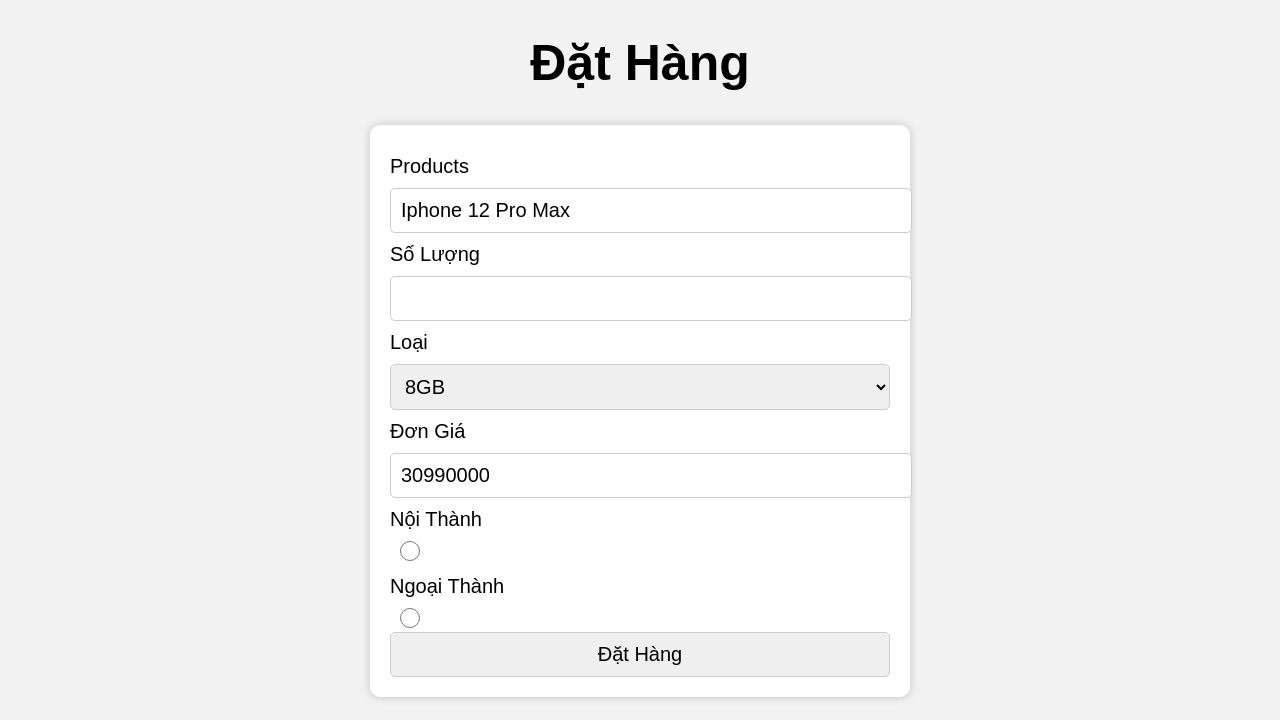
Repository: hisu87/WEB1043-JS
Page: Lab-Done-JS/Lab-7/html/Oder.html
These files come from the project's save history. The page is drawn as it stood at one moment and after the next save; the edit follows.
The browser window is 1280 px wide. The pictures show the whole page.

Above is the page before, as saved 2023-04-08 13:39:28.

### Lab-Done-JS/Lab-7/html/Oder.html
<!DOCTYPE html>
<html lang="en">

<head>
    <meta charset="UTF-8">
    <meta http-equiv="X-UA-Compatible" content="IE=edge">
    <meta name="viewport" content="width=device-width, initial-scale=1.0">
    <title>Oder</title>
    <style>
        body {
            background-color: #f2f2f2;
        }

        h1 {
            text-align: center;
            color: #000;
            font-size: 50px;
            font-family: Arial, Helvetica, sans-serif;
        }

        form {
            width: 500px;
            margin: 0 auto;
            background-color: #fff;
            padding: 20px;
            border-radius: 10px;
            box-shadow: 0 0 10px 0 rgba(0, 0, 0, 0.2);
        }

        label {
            display: block;
            margin: 10px 0;
            font-size: 20px;
            font-family: Arial, Helvetica, sans-serif;
        }

        input {
            width: 100%;
            padding: 10px;
            border: 1px solid #ccc;
            border-radius: 5px;
            font-size: 20px;
            font-family: Arial, Helvetica, sans-serif;
        }

        button {
            width: 100%;
            padding: 10px;
            border: 1px solid #ccc;
            border-radius: 5px;
            font-size: 20px;
            font-family: Arial, Helvetica, sans-serif;
            background-color: #fff;
            cursor: pointer;
        }

        button:hover {
            background-color: #ccc;
        }

        select {
            width: 100%;
            padding: 10px;
            border: 1px solid #ccc;
            border-radius: 5px;
            font-size: 20px;
            font-family: Arial, Helvetica, sans-serif;
        }

        input[type="radio" i] {
            width: 20px;
            height: 20px;
            margin: 0 10px;
            display: inline-block;
        }
    </style>
</head>

<body>
    <h1>Đặt Hàng</h1>
    <form action="#" onsubmit="return check()">
        <label for="products">Products</label>
        <input type="text" name="products" id="products" value="Iphone 12 Pro Max">
        <label for="qty">Số Lượng</label>
        <input type="number" name="qty" id="qty">
        <label for="loai">Loại</label>
        <select name="ram" id="ram">
            <option value="1">8GB</option>
            <option value="2">16GB</option>
            <option value="3">32GB</option>
            <option value="4">64GB</option>
        </select>
        <label for="price">Đơn Giá</label>
        <input type="text" name="price" id="price" value="30990000">
        <label for="dia_chi">Nội Thành</label>
        <input type="radio" id="dia_chi" onclick="hien_thi(false)" />
        <label for="">Ngoại Thành</label>
        <input type="radio" id="dia_chi" onclick="hien_thi(true)" />
        <div id="phi_vc" style="display: none">
            <label for="phi_vc">Phí Vận Chuyển</label>
            <input readonly type="text" name="phi_vc" id="phi_vc" value="55.000 VND ">
        </div>
        <input type="submit" value="Đặt Hàng">


    </form>


    <script>

        function hien_thi(visible) {
            var phi_vc = document.getElementById("phi_vc");
            phi_vc.style.display = visible ? "" : "none";
        }
        function check() {
            var sp = document.getElementById("products");
            if (sp.value.length == 0 || sp.value == "Iphone 12 Pro Max") {
                alert("Vui lòng nhập tên sản phẩm!");
                return false;
            }
            else if (parseFloat(gia.value) <= 0) {
                alert("Vui lòng nhập số dương!");
                return false;
            }
            var loai = document.getElementById("loai");
            if (loai.value.length == 0) {
                alert("Vui lòng chọn loại sản phẩm!");
                return false;
            }
            var gia = document.getElementById("price");
            if (isNaN(gia.value)) {
                alert("Vui lòng nhập số!");
                return false;
            }
            var radios = document.getElementsById("dia_chi");
            if (!radios[0].checked && !radios[1].checked) {
                alert("Vui lòng chọn nơi nhận hàng!");
                return false;
            }
            alert("Đã đạt hàng thành công!");
            return true;
        }
    </script>
</body>

</html>

After the next save:
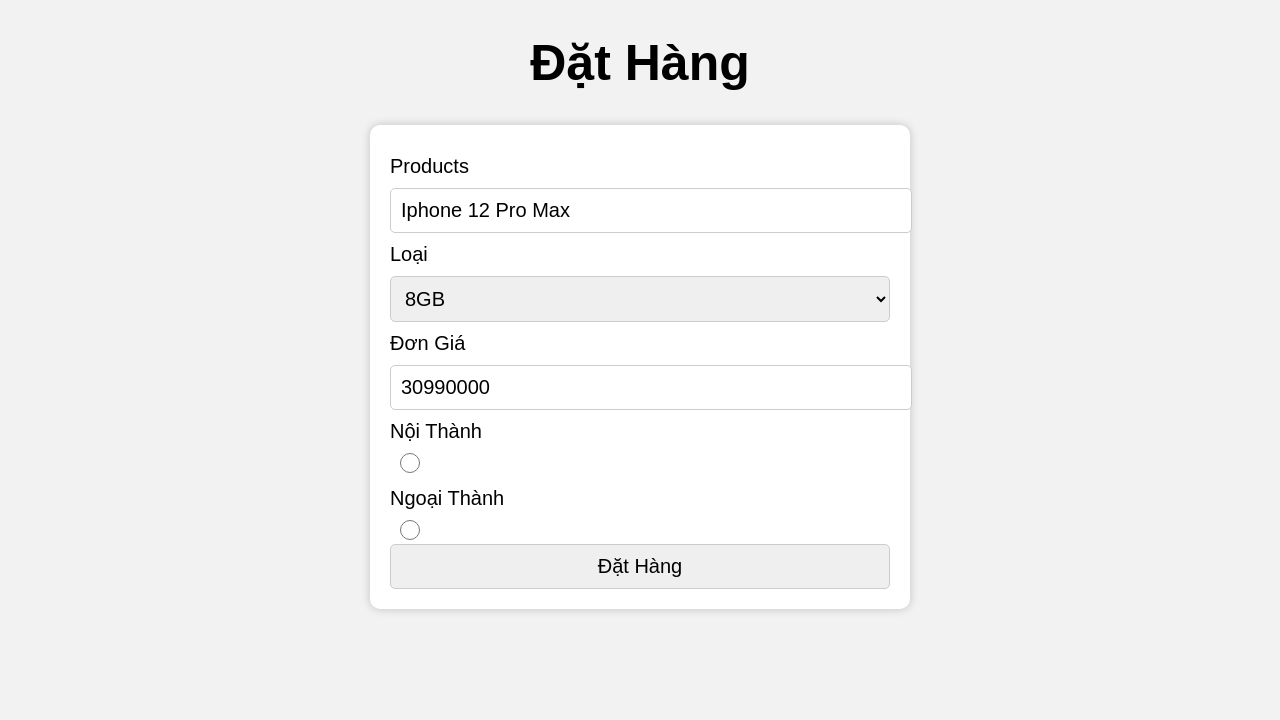
Saved 52 s later.
--- a/Lab-Done-JS/Lab-7/html/Oder.html
+++ b/Lab-Done-JS/Lab-7/html/Oder.html
@@ -81,8 +81,6 @@
     <form action="#" onsubmit="return check()">
         <label for="products">Products</label>
         <input type="text" name="products" id="products" value="Iphone 12 Pro Max">
-        <label for="qty">Số Lượng</label>
-        <input type="number" name="qty" id="qty">
         <label for="loai">Loại</label>
         <select name="ram" id="ram">
             <option value="1">8GB</option>
